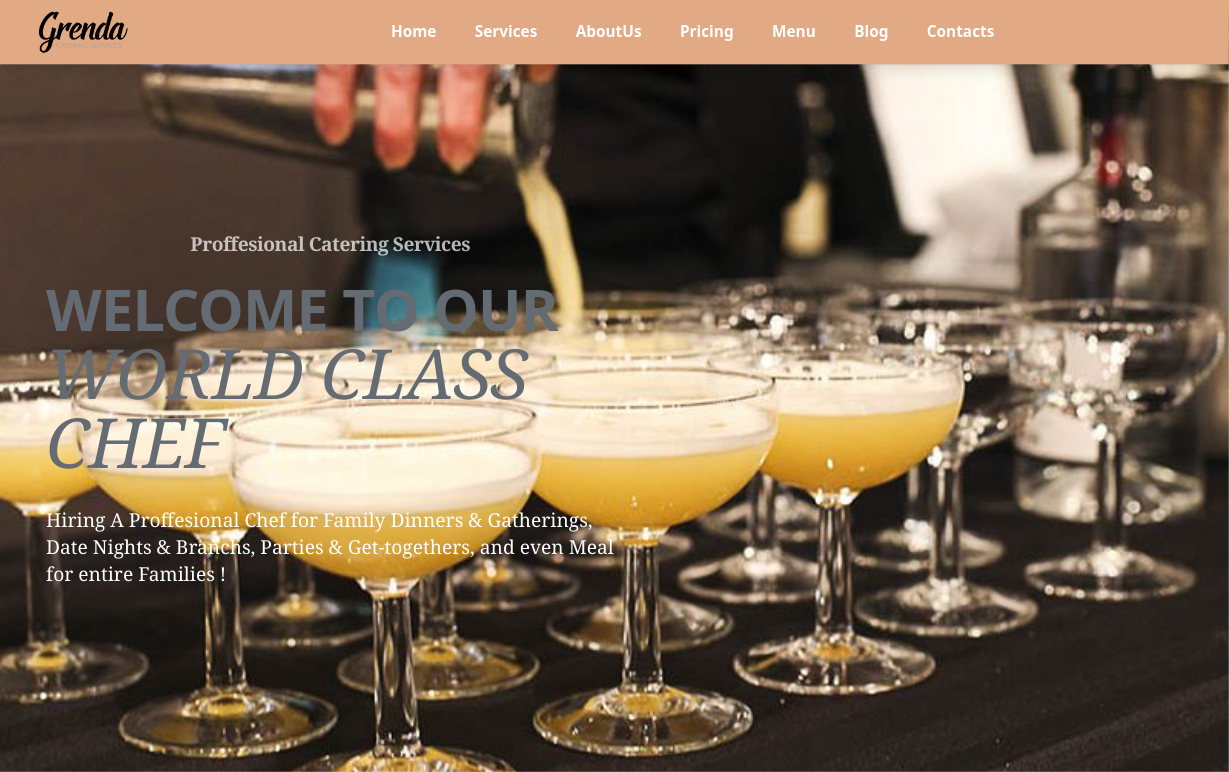
Repository: remydev47/grandes-events
Page: /
An editor plug-in stored every save of this project. The page is shown before and after the next save, followed by the edit.
The browser window is 1280 px wide. The pictures show the whole page, at 96% of full size.
The project was rebuilt for these pictures with package versions that can differ from the ones it lists, and the page was loaded fresh each time. Also part of the build but not shown: vite.config.js.

Above is the page before, as saved 2023-02-08 14:59:32.

### index.html
<!DOCTYPE html>
<html lang="en">
  <head>
    <meta charset="UTF-8" />
    <link rel="icon" type="image/svg+xml" href="/vite.svg" />
    <meta name="viewport" content="width=device-width, initial-scale=1.0" />
    <title>Grendas</title>
  </head>
  <body>
    <div id="root"></div>
    <script type="module" src="/src/main.jsx"></script>
  </body>
</html>

### src/App.jsx
import { useState } from 'react'
import reactLogo from './assets/react.svg'
import Hero from './components/Hero'
import Navbar from './components/Navbar'

function App() {
  const [count, setCount] = useState(0)

  return (
   <div>
      <Navbar />
      <Hero />
   </div>
  )
}

export default App

### src/index.css
@import url("https://fonts.googleapis.com/css2?family=Epilogue:wght@400;500;600;700&display=swap");

@tailwind base;
@tailwind components;
@tailwind utilities;

### src/components/Hero.jsx
import React from 'react'
import { hero } from '../assets'

const Hero = () => {
  return (
    <section className='relative pt-48 pb-12 xl:pt-60 sm:pb-16 lg:pb-32 xl:pb-48 2xl:pb-56'>
    <div className="absolute inset-0">
     <img className="object-cover w-full h-full" src={hero} alt="" />
    </div>
   <div className='relative'>
    <div className="px-6 mx-auto sm:px-8 lg:px-12 max-w-7xl">
      <div className="w-full lg:w-2/3 xl:w-1/2">
        <h1 className="font-serif text-xl font-bold tracking-tight text-white text-opacity-70 text-center">Proffesional Catering Services</h1>
        <p className="mt-6 tracking-tighter text-[#656b72]">
          <span className="font-sans font-bold text-6xl">WELCOME TO OUR </span><br />
          <span className="font-serif italic font-BOLD text-7xl">WORLD CLASS CHEF</span>
        </p>
        <p className="mt-8 font-erif text-xl font-serif text-[#fff]">
          Hiring A Proffesional Chef for Family Dinners & Gatherings, Date Nights & Branchs, Parties & Get-togethers, and even Meal for entire Families !
        </p>
      </div>
    </div>
   </div>
  </section>
  )
}

export default Hero

### src/components/Navbar.jsx
import React from 'react'
import { navLinks } from '../constants'
import Menupopover from './Menupopover'
import { logo } from '../assets'

const Navbar = () => {
  return (
    <header className="fixed inset-x-0 bg-[#e1a984] z-20 flex justify-between items-center py-2 px-2 shadow-lg dark:bg-slate-900 sm:py-3 sm:px-8">
      <div className='flex grow-0 basis-1/3 md:hidden'>
        <Menupopover />
      </div>

     <div className='flex grow-0 ml-2 justify-center md:justify-start'>
       <img src={logo} alt='user' className='w-[60%] h-[60%] object-contain' />
     </div>


     <ul className="list-none sm:flex hidden justify-center items-center flex-1">
     {navLinks.map((nav, index) => (
        <li
        key={nav.id}
        className={`font-bold cursor-pointer text-[16px
           ${index === navLinks.length - 1 ? 'mr-0' : 'mr-10'}
          text-white `}
        >
            <a>{nav.title}</a>
        </li>
      ))}
      </ul>

    </header>
  )
}

export default Navbar

### src/assets/index.js
import menu from './menu.svg';
import logo from './logo3.png';
import close from './close.svg';
import hero from './hero.jpeg'

export{
    menu, logo, close, hero
}

### src/constants/index.js
export const navLinks=[
    {
        id:"home",
        title:"Home",
    },
    {
        id:"services",
        title:"Services",
    },
    {
        id:"AboutUs",
        title:"AboutUs",
    },
    {
        id:"pricing",
        title:"Pricing",
    },
    {
        id:"menu",
        title:"Menu",
    },
    {
        id:"blog",
        title:"Blog",
    },
    {
        id:"contacts",
        title:"Contacts",
    },
]

### src/components/Menupopover.jsx
import React, { useState } from 'react'
import { navLinks } from '../constants'
import { logo, menu } from '../assets'

const Menupopover = () => {
    const [toggleDrawer, setToggleDrawer] = useState(false);

  return (
    <div className='sm:hidden flex justify-between
     items-center relative'>
      <div className='w-[40px] h-[40px] rounded-[10px] bg-[#e1a984] flex
          justify-center items-center cursor-pointer'>
              {/* <img src={logo} alt='user' className='w-[60%] h-[60%] object-contain' /> */}
      </div>
      <img
        src={menu}
        alt="menu"
        className='w-[34px] h-[34px] object-contain cursor-pointer'
        onClick={() => setToggleDrawer((prev) => !prev)}
      />
      <div className={`fixed top-[60px] bg-[#e1a984] w-full max-w-xs
       ${!toggleDrawer ? '-translate-y-[100vh]' : 'translate-y-0'} transition-all duration-700`}>
        <ul className='list-none flex flex-col justify-end items-center flex-1'>
          {navLinks.map((nav, index) => (
             <li
              key={nav.id}
              className={`font-bold cursor-pointer text-[16px]
              mt-2 border-t border-slate-200 py-4 dark:border-slate-600
              ${index === navLinks.length - 1 ? 'mr-0' : 'mb-4'}
               text-white `}
             >
                 <a>{nav.title}</a>
             </li>
          ))}
        </ul>
       </div>
   </div>
  )
}

export default Menupopover

const styles = {
  container:`fixed top-0 bottom-0 left-0 w-full max-w-xs rounded-r-xl bg-[#e1a984] p-6 shadow-lg dark:bg-gray-800`,
  container2:`absolute top-[60px] right-0 left-0 bg-[#e1a984] z-10 shadow-secondary py-4`
}

### tailwind.config.cjs
/** @type {import('tailwindcss').Config} */
module.exports = {
  content: [
    "./index.html",
    "./src/**/*.{js,ts,jsx,tsx}",
  ],
  theme: {
    extend: {
      backgroundImage: {
        'bg-1': "url('/images/bg-1.jpg')",
        'bg-2': "url('/images/bg-2.jpg')",
        'bg-3': "url('/images/bg-3.jpg')",
        'bg-4': "url('/images/bg-4.jpg')",
      },
      fontFamily: {
        epilogue: ['Epilogue', 'sans-serif'],
      },
      boxShadow: {
        secondary: '10px 10px 20px rgba(2, 2, 2, 0.25)',
      },
    },
  },
  plugins: [],
}

Loaded but not shown: src/main.jsx (common file)

After the next save:
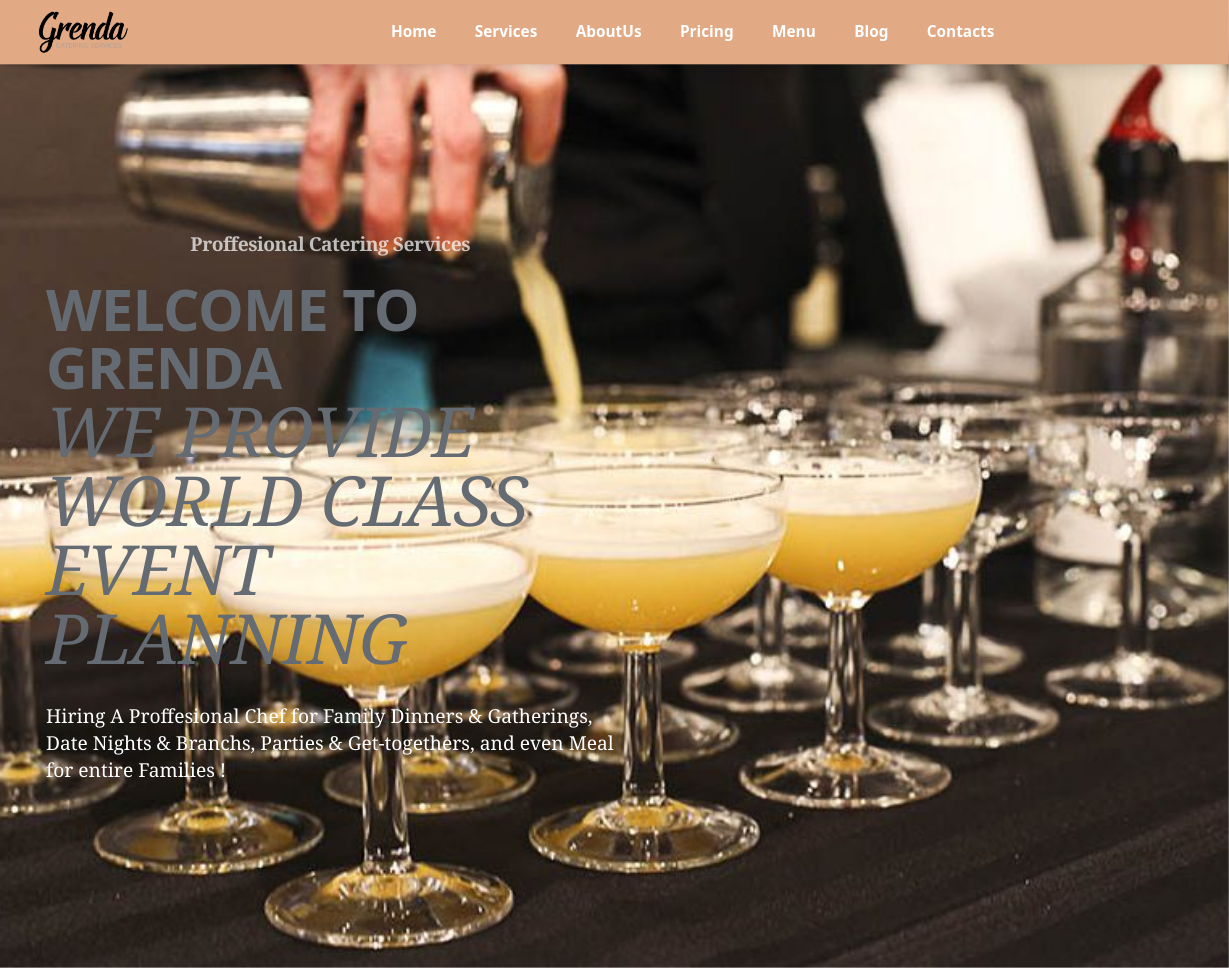
Saved 3 min 5 s later.
--- a/src/components/Hero.jsx
+++ b/src/components/Hero.jsx
@@ -12,8 +12,8 @@ const Hero = () => {
       <div className="w-full lg:w-2/3 xl:w-1/2">
         <h1 className="font-serif text-xl font-bold tracking-tight text-white text-opacity-70 text-center">Proffesional Catering Services</h1>
         <p className="mt-6 tracking-tighter text-[#656b72]">
-          <span className="font-sans font-bold text-6xl">WELCOME TO OUR </span><br />
-          <span className="font-serif italic font-BOLD text-7xl">WORLD CLASS CHEF</span>
+          <span className="font-sans font-bold text-6xl">WELCOME TO GRENDA </span><br />
+          <span className="font-serif italic font-BOLD text-7xl">WE PROVIDE WORLD CLASS EVENT PLANNING</span>
         </p>
         <p className="mt-8 font-erif text-xl font-serif text-[#fff]">
           Hiring A Proffesional Chef for Family Dinners & Gatherings, Date Nights & Branchs, Parties & Get-togethers, and even Meal for entire Families !
